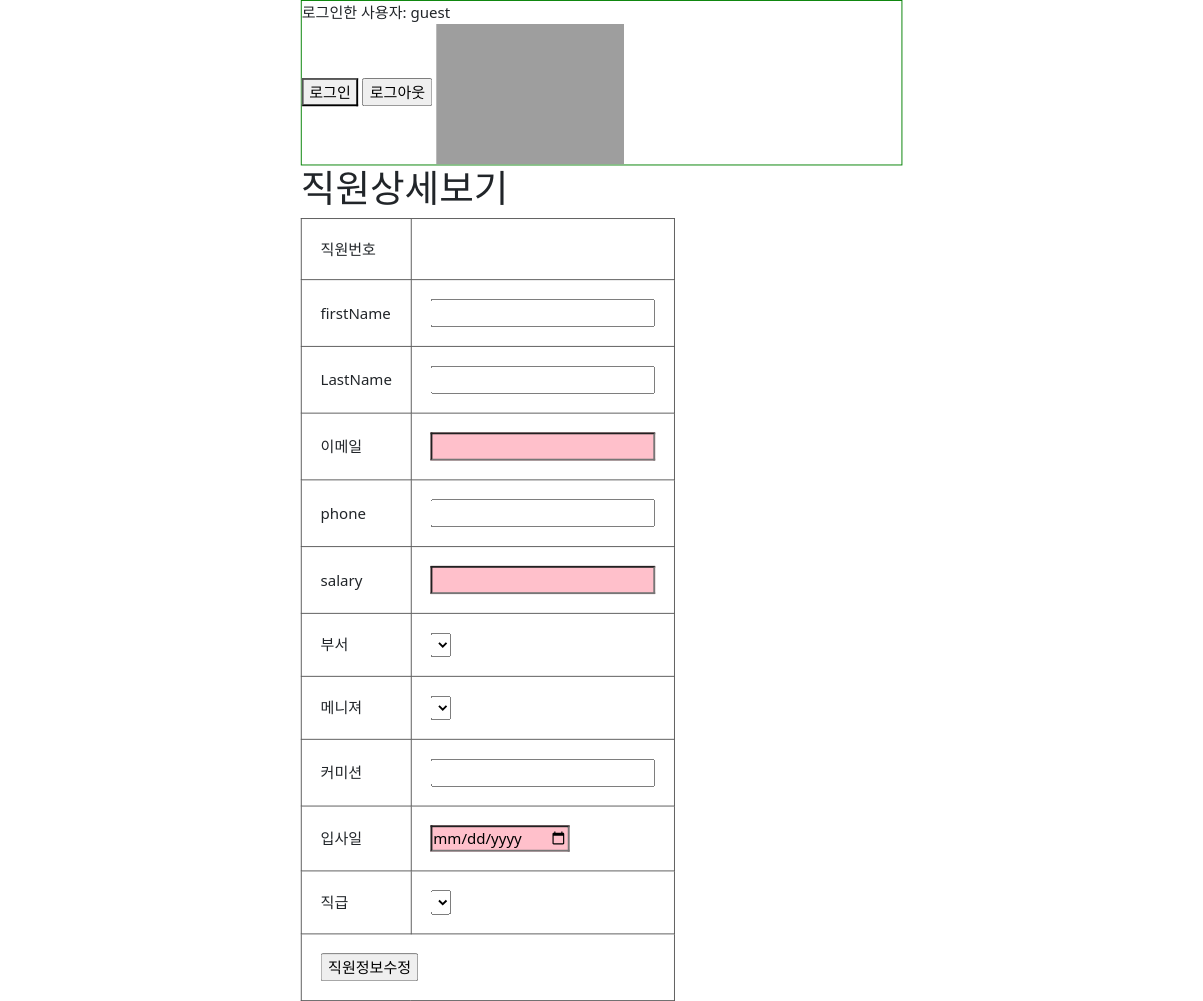
Repository: leessol/spring1
Page: http://localhost/springMVCProject/WEB-INF/views/emp/empDetail.jsp
The author's editor kept a copy of each file at every save. The page is drawn from the files as they stood at one save, then again after the next save.
The browser window is 1280 px wide. The pictures show the whole page, at 94% of full size.
Pictures or frames that could not be fetched are drawn as grey boxes. The page is served by Tomcat 9. Nobody is signed in. The template is opened directly, without the code that normally fills it, so the values that code supplies are empty.

Above is the page before, as saved 2023-05-09 07:26:55.

After the next save:
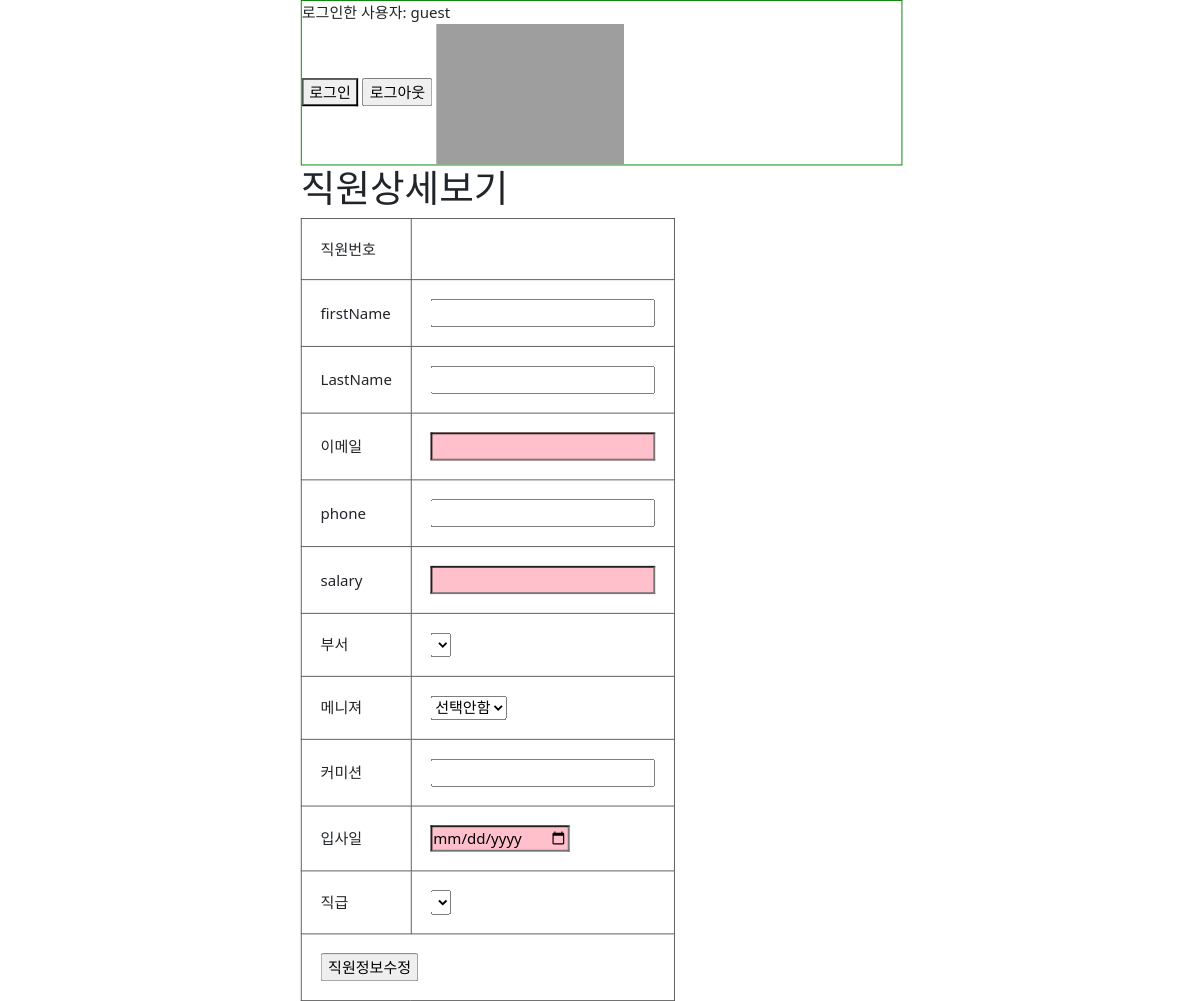
Saved 2 min 7 s later.
--- a/springMVCProject/src/main/webapp/WEB-INF/views/emp/empDetail.jsp
+++ b/springMVCProject/src/main/webapp/WEB-INF/views/emp/empDetail.jsp
@@ -81,6 +81,7 @@
 				<tr>
 					<td>메니져</td>
 					<td><select name="manager_id">
+							<option value="0">선택안함</option>
 							<c:forEach items="${managerList}" var="manager">
 								<!-- 디비에 들어가는 것은 id값이 들어가야 하니깐 value에는 id로 한다.  -->
 								<option ${emp.manager_id==manager.employee_id?"selected":""}
